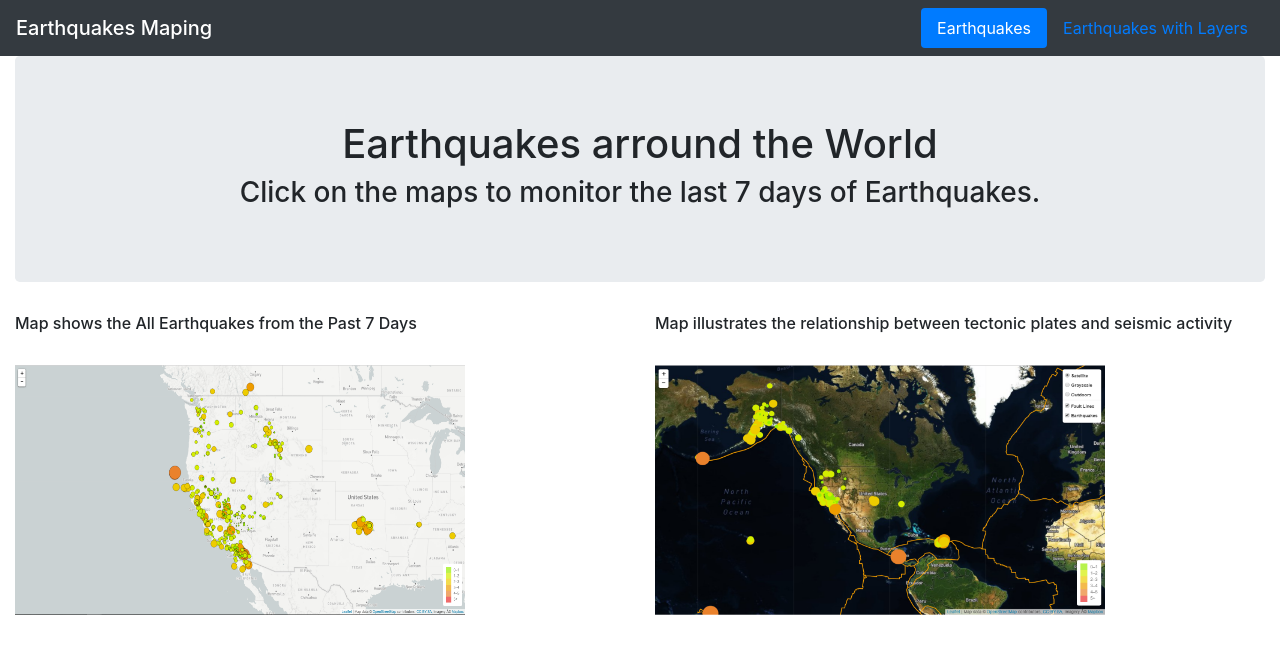
Repository: ermiasgelaye/leaflet-challenge
Page: index.html
An editor plug-in stored every save of this project. The page is shown before and after the next save, followed by the edit.
The browser window is 1280 px wide. The pictures show the whole page.

Above is the page before, as saved 2020-09-18 21:41:43.

### index.html
<!DOCTYPE html>
<html lang="en">

<head>
    <meta charset="UTF-8" />
    <meta name="viewport" content="width=device-width, initial-scale=1.0" />
    <meta http-equiv="X-UA-Compatible" content="ie=edge" />
    <title>Earthquakes Challenge</title>
    <link rel="stylesheet" href="https://stackpath.bootstrapcdn.com/bootstrap/4.3.1/css/bootstrap.min.css" integrity="sha384-ggOyR0iXCbMQv3Xipma34MD+dH/1fQ784/j6cY/iJTQUOhcWr7x9JvoRxT2MZw1T" crossorigin="anonymous" />

    <!-- jQuery library -->
    <script src="https://ajax.googleapis.com/ajax/libs/jquery/3.4.1/jquery.min.js"></script>

    <!-- Latest compiled JavaScript -->
    <script src="https://maxcdn.bootstrapcdn.com/bootstrap/4.3.1/js/bootstrap.min.js"></script>
</head>

<body>
    <nav class="navbar navbar-dark bg-dark size_hide">
        <a href="index.html"><span class="navbar-brand mb-0 h1 back_color"
          >Earthquakes Maping</span
        ></a
      >

      <ul class="nav nav-pills">
        <li class="nav-item">
          <a class="nav-link active" href="Leaflet-Step-1/step-1.html"
            >Earthquakes</a
          >
        </li>
        <li class="nav-item">
          <a class="nav-link" href="Leaflet-Step-2/step-2.html"
            >Earthquakes with Layers</a
          >
        </li>
      </ul>
    </nav>
    <div class="container-fluid">
      <div class="jumbotron text-center">
        <h1>Earthquakes arround the World</h1>
        <h3>
          Click on the maps to monitor the last 7 days of Earthquakes.
        </h3>
      </div>
      <div class="row">
        <div class="col-lg-6">
          <h6>Map shows the All Earthquakes from the Past 7 Days</h6>
          <br />
          <a href="Leaflet-Step-1/step-1.html"
            ><img
              src="images/2-BasicMap.png"
              alt="Mapping without Layers"
              width="450"
              height="250"
          /></a>
        </div>
        <div class="col-lg-6">
            <h6>
                Map illustrates the relationship between tectonic plates and seismic activity
            </h6>
            <br />
            <a href="Leaflet-Step-2/step-2.html">
                <img src="images/5-Advanced.png" alt="Mapping with Layers" width="450" height="250" /></a>
        </div>
        </div>
        </div>
</body>

</html>

After the next save:
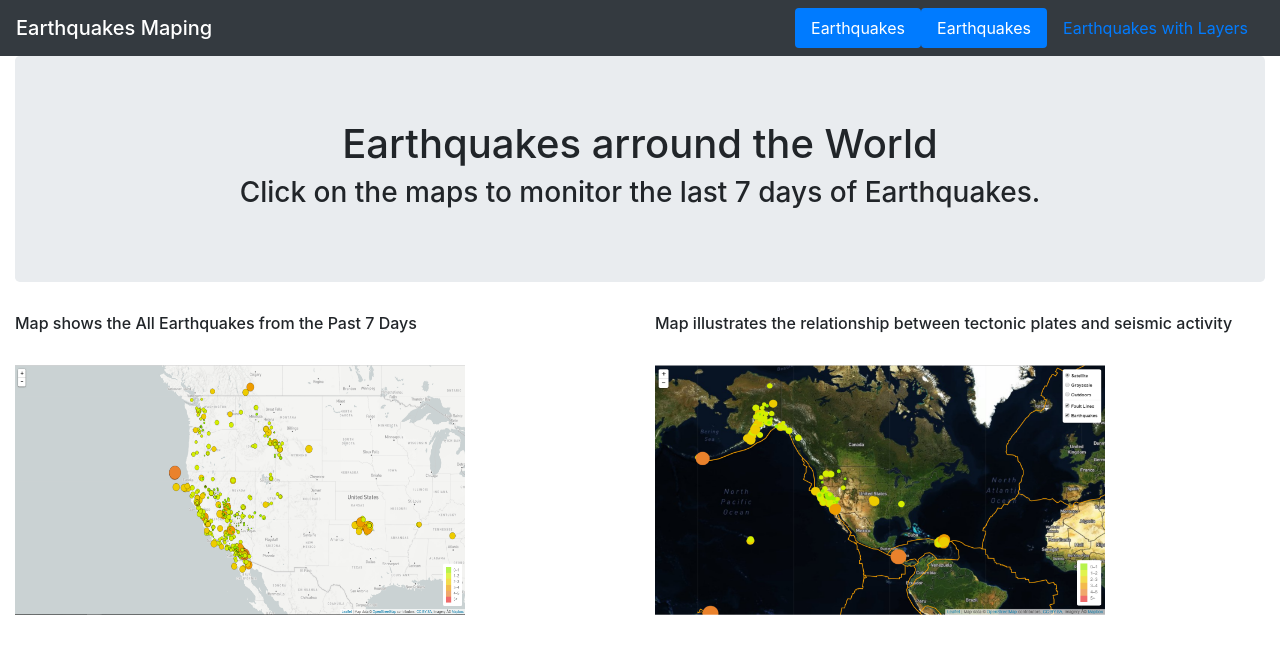
Saved 68 s later.
--- a/index.html
+++ b/index.html
@@ -28,6 +28,10 @@
             >Earthquakes</a
           >
         </li>
+
+                <li class="nav-item">
+                  <a class="nav-link active" href="Leaflet-Step-1/step-1.html">Earthquakes</a>
+                </li>
         <li class="nav-item">
           <a class="nav-link" href="Leaflet-Step-2/step-2.html"
             >Earthquakes with Layers</a
